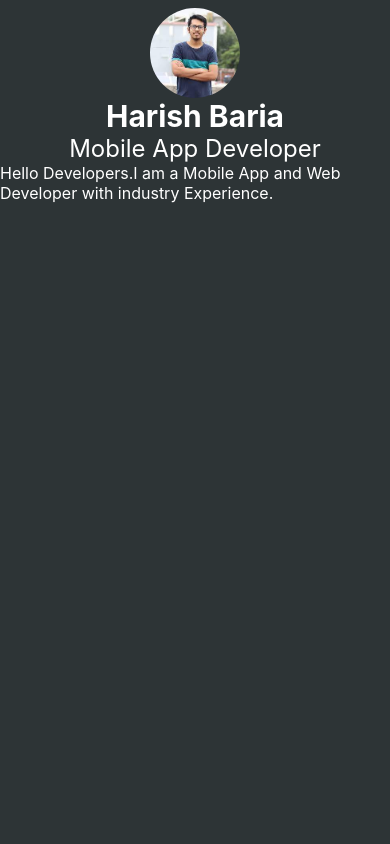
Repository: harishbariya/React-Native-ui-desiign
Screen: /
The author's editor kept a copy of each file at every save. The screen is drawn from the files as they stood at one save, then again after the next save.
The app was drawn by React Native's web renderer in a window 390 px wide. The project was rebuilt for these pictures with package versions that can differ from the ones it lists, and the page was loaded fresh each time.

Above is the screen before, as saved 2021-11-17 14:20:51.

After the next save:
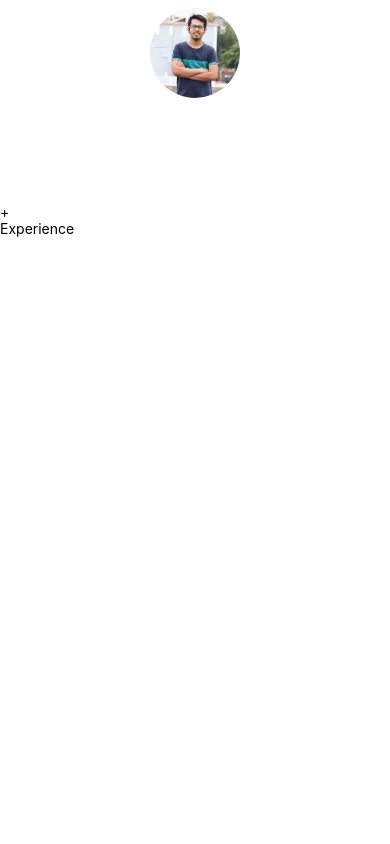
Saved 58 s later.
--- a/App.js
+++ b/App.js
@@ -13,6 +13,16 @@ class App extends Component
         <Text style={[styles.textstyles,{color:"#fff",fontSize:30,fontWeight:"bold"}]}>Harish Baria</Text>
         <Text style={[styles.textstyles,{fontSize:24}]}>Mobile App Developer</Text>
       <Text style={{color:"#fff",fontSize:16,textAlign:"auto"}}>Hello Developers.I am a Mobile App and Web Developer with industry Experience.</Text>
+
+
+      <View>
+
+        <View>
+          <Text>+</Text>
+          <Text>Experience</Text>
+        </View>
+      </View>
+
       </View>
     );
   }
@@ -23,7 +33,7 @@ const styles=StyleSheet.create({
   display:{
     flex:1,
     flexDirection:"column",
-    backgroundColor:"#2d3436",
+
   },
   textstyles:{
     color:"#fff",
